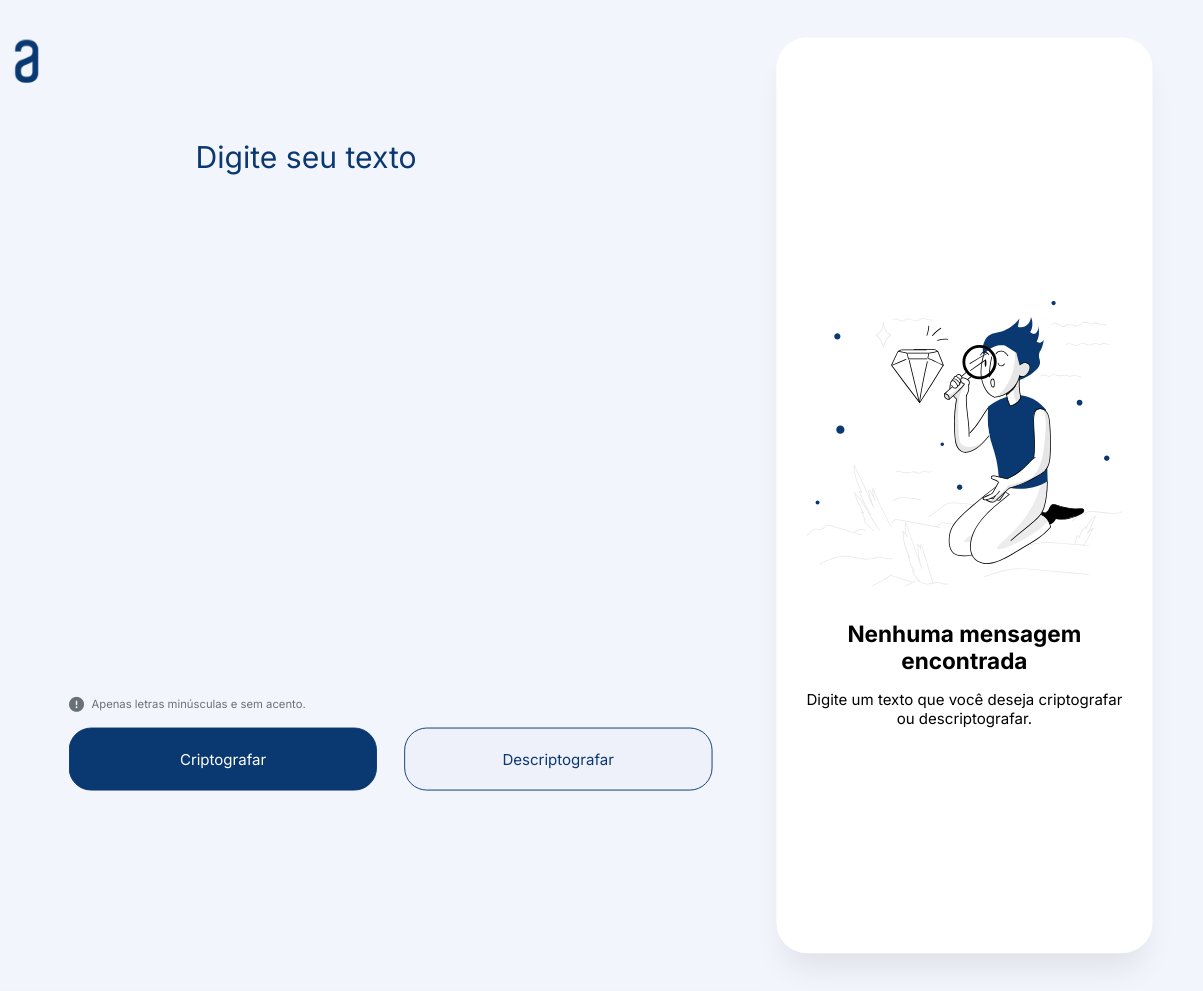
Repository: CarlosEduardoVdeOliveira/descodificador-de-texto
Page: index.html
An editor plug-in stored every save of this project. The page is shown before and after the next save, followed by the edit.
The browser window is 1280 px wide. The pictures show the whole page, at 94% of full size.
The pointer rests on the first visible `.button-decryption`.

Above is the page before, as saved 2023-04-15 13:03:18.

### index.html
<!DOCTYPE html>
<html lang="en">
<head>
   <meta charset="UTF-8">
   <link rel="preconnect" href="https://fonts.googleapis.com">
   <link rel="preconnect" href="https://fonts.gstatic.com" crossorigin>
   <meta http-equiv="X-UA-Compatible" content="IE=edge">
   <meta name="viewport" content="width=device-width, initial-scale=1.0">
   <link href="https://fonts.googleapis.com/css2?family=Inter:wght@400;700&display=swap" rel="stylesheet">
   <link rel="stylesheet" href="https://cdnjs.cloudflare.com/ajax/libs/font-awesome/6.4.0/css/all.min.css" integrity="sha512-iecdLmaskl7CVkqkXNQ/ZH/XLlvWZOJyj7Yy7tcenmpD1ypASozpmT/E0iPtmFIB46ZmdtAc9eNBvH0H/ZpiBw==" crossorigin="anonymous" referrerpolicy="no-referrer" />
   <link rel="stylesheet" href="/src/styles/reset.css">
   <link rel="stylesheet" href="/src/styles/index.css">
   <link rel="stylesheet" href="/src/styles/tablet.css">
   <link rel="stylesheet" href="/src/styles/mobile.css">
   <link rel="shortcut icon" href="/src/images/imageLogo2.png" type="image/x-icon">
   <title>Decodificador</title>
</head>
<body>
   <main>
      <img src="/src/images/imageLogo2.png"
         alt='logo da Alura'>
      <section class="highlight">
         <textarea placeholder="Digite seu texto" autofocus></textarea>
         <div class="info">
            <span>
               <i class="fa-solid fa-circle-exclamation"></i>
               Apenas letras minúsculas e sem acento.
            </span>
            <div class="info-group-button">
               <button class="button-cryptography">Criptografar</button>
               <button class="button-decryption">Descriptografar</button>
            </div>
         </div>
      </section>
      <section class="text-cryption">
         <img src="/src/images/imageHighLight.svg" alt="">
         <div>
            <h2>Nenhuma mensagem encontrada</h2>
            <p>
               Digite um texto que você deseja criptografar ou descriptografar.
            </p>
         </div>

      </section>
   </main>
   <script src="/src/scripts/index.js"></script>
</body>
</html>

### src/styles/reset.css
:root{
   --light-gray: #D8DFE8;
   --gray-100: #CED4DA;
   --gray-200: #ADB5BD;
   --gray-300: #868E96;
   --gray-400: #495057;
   --gray-500: #343A40;
   --light-blue-100: #F3F5FC;
   --light-blue-200: #EFF1FA;
   --light-blue-300: #E9ECF8;
   --light-blue-400: #AAB2D5;
   --light-blue-500: #757FB2;
   --dark-blue-100: #609ED4;
   --dark-blue-200: #356EA9;
   --dark-blue-300: #0A3871;
   --dark-blue-400: #072B61;
   --dark-blue-500: #052051;
}
*{
   margin: 0;
   padding: 0;
   box-sizing: border-box;
}

html, input, textarea, button, body{
   background-color: var(--light-blue-100);
   font-family:  'Inter', sans-serif;
   font-size: 1rem;
   -webkit-font-smoothing: antialiased;
   -moz-osx-font-smoothing: grayscale;
}

### src/styles/index.css
img{
   width: 1.943rem;
   height: 3rem;
   margin-top: 2.5rem;
}
main {
   display: flex;
   justify-content: space-around;
   align-items: self-start;
   margin: 0 auto;
}
.highlight{
   display: flex;
   flex-direction: column;
   margin-top: 7.5rem;
   background-color: var(--light-blue-100);
}
textarea{
   width: auto;
   height: calc(100vh - 100px);
   font-size: 32px;
   line-height: 150%;
   /* background-color: var(--light-blue-100); */
   color: var(--dark-blue-300);
   border: none;
   resize: none;
   margin: 0 auto;
   padding: 1.5rem;
}
textarea:focus{
   outline: 0;
}

textarea::placeholder{
   color: var(--dark-blue-300);
}
span{
   display: flex;
   align-items: center;
   font-size: 12px;
   color: var(--gray-400);
   line-height: 150%;
   opacity: 0.8;
   margin-bottom: 1rem;
}
i{
   color: var(--gray-400);
   margin-right: 0.5rem;
   font-size: 1rem;
}

button{
   padding: 1.5rem;
   width: 328px;
   height: 67px;
   border-radius: 1.5rem;
   cursor: pointer;
   font-size: 1rem;
   line-height: 19px;
   border: 1px solid var(--dark-blue-300);
   transition: all .2s;
}
.info{
   background-color: var(--light-blue-100);
}
.button-cryptography{
   background-color: var(--dark-blue-300);
   color: white;
   margin-right: 1.5rem;
}
.button-cryptography:hover{
   background-color: var(--dark-blue-400);
}
.button-decryption{
   background: var(--light-gray);
   color: var(--dark-blue-300);
}
.button-decryption:disabled{
   cursor: no-drop;
}
.button-decryption:hover{
   background-color: var(--light-blue-200);
}
.text-cryption{
   width: 25rem;
   margin: 2.5rem;
   padding: 15rem 2rem;
   text-align: center;
   background-color: white;
   /* shadow */
   box-shadow: 0px 24px 32px -8px rgba(0, 0, 0, 0.08);
   border-radius: 32px;
}
.text-cryption img{
   width: 21rem;
   height: 19rem;
}
.text-cryption div{
   display: flex;
   flex-direction: column;

   margin-top: 2rem;
   padding: 0px;
   gap: 16px;
}

textarea.textarea-output{
   font-size: 1.5rem;
   color: var(--gray-400);
   height: calc(100vh - 100px);
   padding: 1rem;
}
.text-cryption-whit-text{
   padding: 1rem;
}

.button-copy-cryption{
   background-color: white;
}
.button-copy-cryption:hover{
   background-color: var(--light-blue-200);
}

### src/styles/tablet.css
@media (max-width: 768px) {
   main{
      display: block;
   }
   img{
      margin: 1rem;
   }
   .textarea-input{
      margin: 0 auto;
   }
   .info{
      display: flex;
      flex-direction: column;
      margin: 0 auto;
   }
   .text-cryption{
      width: 43rem;
      height: 8.313rem;
      padding: 0;
      margin: 1.5rem auto;
   }
   .text-cryption img{
      display: none;
   }
}

### src/styles/mobile.css
@media (max-width: 375px) {
   img{
      margin: 1rem;
   }
   .info{
      margin: 0 auto;
   }
   .info-group-button{
      display: flex;
      flex-direction: column;
   }
   .info-group-button .button-cryptography{
      margin-bottom: 1.5rem;
   }
   .text-cryption{
      width: 20.438rem;
      height: 11.625rem;
      padding: 0;
      margin: 1.5rem auto;
   }
}

### src/scripts/index.js
const elementTextarea = document.querySelector("textarea");
const areaCryption = document.querySelector(".text-cryption");
const buttonCryptography = document.querySelector(".button-cryptography");
const buttonDecryption = document.querySelector(".button-decryption");

buttonDecryption.setAttribute("disabled", '');
// const jump = Number(prompt("Digite em que posição o alfabeto deve começar. \n O alfabeto vai de 0 = 'a' até 25 = 'z'."))
const jump = 5

function encryptText() {
   const textareaValue = elementTextarea.value;
   if (textareaValue.length > 0) {
      disabledButtonDecrypt()
      areaCryption.classList.add("text-cryption-whit-text")
      return areaCryption.innerHTML = `
         <textarea class="textarea-output" disabled>${cipherOfCesar(textareaValue, jump)}</textarea>
         <button class="button-copy" id='copy' onclick="copyText()">Copiar</button>
         `;

      }
   return alert("Preencha sua mensagem!");
}

// Cifra de César
function cipherOfCesar(text, jump){
   let cryptograph = ''
   for (let i = 0; i < text.length; i++) {
      let charCode = text.charCodeAt(i)
      if(charCode >= 97 && charCode <= 122){
         charCode = ((charCode - 97 + jump) % 26) + 97
      }
      cryptograph += String.fromCharCode(charCode);
   }
   return cryptograph
}

function disabledButtonDecrypt(){
   buttonDecryption.removeAttribute("disabled");
   buttonDecryption.style.cursor = 'pointer';
   buttonDecryption.style.backgroundColor = '#AAB2D5';
}


function decryptText() {
   const textareaValue = elementTextarea.value;
   if (textareaValue.length > 0) {
      return areaCryption.innerHTML = `
            <textarea class="textarea-output" disabled>${textareaValue}</textarea>
            <button class="button-copy" id='copy' onclick="copyText()">Copiar</button>
         `;
   }
   return alert("Preencha sua mensagem!")
}

function copyText() {
   const textareaOutput = document.querySelector('.textarea-output');
   textareaOutput.removeAttribute('disabled');
   textareaOutput.select();
   document.execCommand('copy');
   alert("Texto copiado para área de trasferência!");
   textareaOutput.setAttribute('disabled', '')
}

buttonCryptography.addEventListener('click', encryptText);
buttonDecryption.addEventListener('click', decryptText);

After the next save:
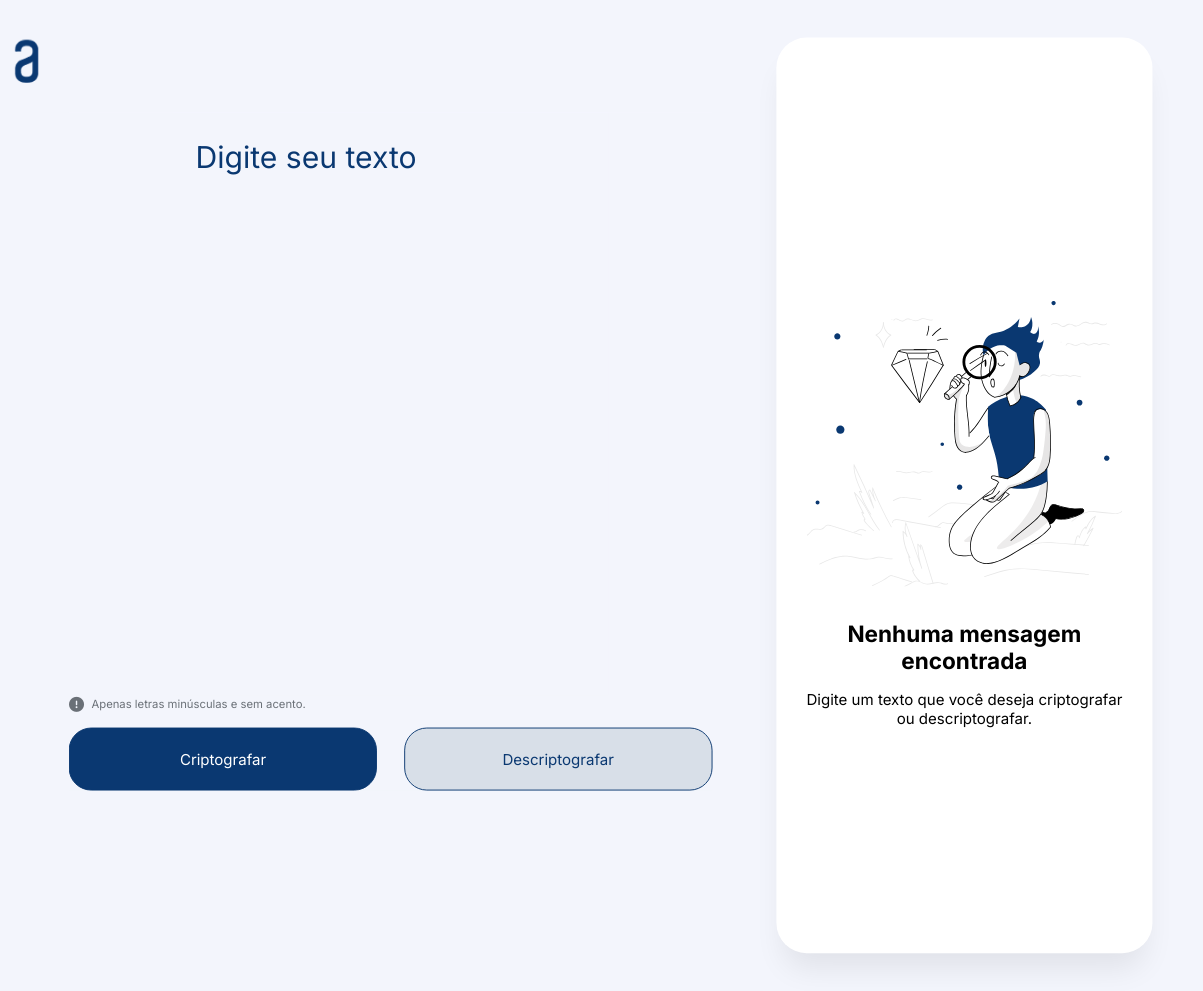
Saved 6 min 24 s later.
--- a/src/styles/index.css
+++ b/src/styles/index.css
@@ -78,7 +78,7 @@ button{
 .button-decryption:disabled{
    cursor: no-drop;
 }
-.button-decryption:hover{
+.button-decryption:hover:not(:disabled){
    background-color: var(--light-blue-200);
 }
 .text-cryption{
